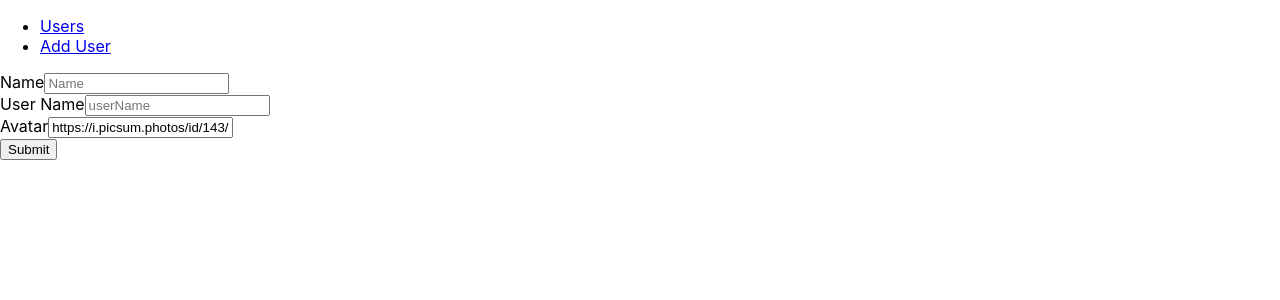
Repository: andbilous/cursor-redux-thunk
Page: /addUser
The author's editor kept a copy of each file at every save. The page is drawn from the files as they stood at one save, then again after a run of saves.
The browser window is 1280 px wide. The pictures show the whole page.
The project was rebuilt for these pictures with package versions that can differ from the ones it lists, and the page was loaded fresh each time. Also part of the build but not shown: src/pages/Users.jsx.

Above is the page before, as saved 2020-04-26 18:33:29.

### src/App.js
import React from 'react';
import {
  BrowserRouter as Router,
  Switch,
  Route,
  Link
} from "react-router-dom";
import { Provider } from 'react-redux';
import { store } from './redux/store';
import {Users} from './pages/Users';
import {AddUser} from './pages/AddUser';

function App() {
  return (
    <Provider store={store}>
    <div className="App">
       <Router>
      <div>
        <nav>
          <ul>
            <li>
              <Link to="/users">Users</Link>
            </li>
            <li>
              <Link to="/addUser">Add User</Link>
            </li>

          </ul>
        </nav>
        <Switch>
          <Route path="/users">
            <Users />
          </Route>
          <Route path="/addUser">
            <AddUser />
          </Route>
        </Switch>
      </div>
    </Router>
    </div>
    </Provider>
  );
}

export default App;

### src/redux/store.js
import { applyMiddleware, createStore } from 'redux';
import logger from 'redux-logger';
import thunk from 'redux-thunk';

import { rootReducer } from './rootReducer';

const middleware = [logger,thunk];

export const store = createStore(rootReducer, applyMiddleware(...middleware));

### src/pages/AddUser.jsx
import React, { useState } from 'react'
import { connect } from 'react-redux';
import { Button, Form, FormGroup, Label, Input } from 'reactstrap';
import {addUser} from '../redux/users/actions'


const AddUser = (props) => {
  const [name,setName] = useState('');
  const [username,setUserName] = useState('');
  const [avatar,setAvatar] = useState(
    `https://i.picsum.photos/id/${Math.floor(Math.random() * (500 - 6) + 5)}/200/300.jpg`
    );
  return (
    <Form inline>
    <FormGroup className="mb-2 mr-sm-2 mb-sm-0">
      <Label for="name" className="mr-sm-2">Name</Label>
      <Input type="text" value={name} onChange={(e)=>setName(e.target.value)}  name="name" id="name" placeholder="Name" />
    </FormGroup>
    <FormGroup className="mb-2 mr-sm-2 mb-sm-0">
      <Label for="userName" className="mr-sm-2">User Name</Label>
      <Input value={username} onChange={(e)=>setUserName(e.target.value)}  type="text" name="userName" id="userName" placeholder="userName" />
    </FormGroup>
    <FormGroup className="mb-2 mr-sm-2 mb-sm-0">
      <Label for="avatar" className="mr-sm-2">Avatar</Label>
      <Input value={avatar} onChange={(e)=>setAvatar(e.target.value)} type="text" name="avatar" id="avatar" placeholder="http://" />
    </FormGroup>
    <Button onClick={
      ()=>{
        props.addUser({
          name,username,avatar
        })
    }}>Submit</Button>
  </Form>
  )
}
const AddUserContainer = connect(
  (state) => ({
     users: state.usersReducer.users
  }), (dispatch) => ({
     addUser:(data)=> dispatch(addUser(data))
  })
)(AddUser);

export {AddUserContainer as AddUser};

### src/redux/rootReducer.js
import { combineReducers } from 'redux';
import usersReducer from './users/reducer';
import tweetsReducer from './tweets/reducer'

export const rootReducer = combineReducers({
  usersReducer,tweetsReducer
});

### src/redux/users/actions.js
import types from './types';
import usersAPI from '../../API/users.api';

export const getUsers = () => async (dispatch) => {
    dispatch(getUsersStart());
    const res = await usersAPI.getUsers();
    if(res.status===200){
        dispatch(getUsersSuccess(res.data.data));
    }else{
        dispatch(getUsersFailure());
    }
};

export const addUser = (data) => async (dispatch) => {
    dispatch(addUserStartAsync());
    const res = await usersAPI.addUser(data);
    if(res) {
        if(data){
            dispatch(addUserSuccessAsync(data));
        }else{
            dispatch(addUserFailureAsync());
        }
    }};

const getUsersStart = () =>({
    type: types.GET_USERS_START
})
const getUsersSuccess = (data) =>({
    type: types.GET_USERS_SUCCESS,
    payload: data
})
const getUsersFailure = () =>({
    type: types.GET_USERS_FAILURE,
    payload: 'error'
})

const addUserStartAsync = () =>({
    type: types.ADD_USER_START
})
const addUserSuccessAsync = (data) =>({
    type: types.ADD_USER_SUCCESS,
    payload: data
})
const addUserFailureAsync = () =>({
    type: types.ADD_USER_FAILURE,
    payload: 'error'
})

### src/redux/users/reducer.js
import types from './types';


const initialState = {
    users:[],
    isLoading: false,
    error:''
}

const usersReducer = (state = initialState, action) => {
  switch (action.type) {
    case types.GET_USERS_START:
      return {
        ...state,
        isLoading: true
      };
      case types.GET_USERS_SUCCESS:
      return {
        ...state,
        isLoading: false,
        users: action.payload
      };
      case types.GET_USERS_FAILURE:
      return {
        ...state,
        isLoading: false,
        error: action.payload
      };
      case types.ADD_USER_START:
        return {
          ...state,
          isLoading: true
        };
        case types.ADD_USER_SUCCESS:
        return {
          ...state,
          isLoading: false,
          users: [...state.users,action.payload]
        };
        case types.ADD_USER_FAILURE:
        return {
          ...state,
          isLoading: false,
          error: action.payload
        };
    default:
      return state;
  }
};

export default usersReducer;

### src/redux/tweets/reducer.js
import types from './types';


const initialState = {
    tweets:[]
}

const tweetsReducer = (state = initialState, action) => {
  switch (action.type) {
    case types.GET_TWEETS_START:
      return {
        ...state,
        isLoading: true
      };
      case types.GET_TWEETS_SUCCESS:
      return {
        ...state,
        isLoading: false,
        tweets: action.payload
      };
      case types.GET_TWEETS_FAILURE:
      return {
        ...state,
        isLoading: false,
        error: action.payload
      };
      case types.ADD_TWEET_START:
        return {
          ...state,
          isLoading: true
        };
        case types.ADD_TWEET_SUCCESS:
        return {
          ...state,
          isLoading: false,
          tweets: [...state.tweets,action.payload]
        };
        case types.ADD_TWEET_FAILURE:
        return {
          ...state,
          isLoading: false,
          error: action.payload
        };
    default:
      return state;
  }
};

export default tweetsReducer;

### src/redux/users/types.js
 const types={
  GET_USERS_START:'GET_USERS_START',
  GET_USERS_SUCCESS:'GET_USERS_SUCCESS',
  GET_USERS_FAILURE:'GET_USERS_FAILURE',
  ADD_USER_START:'ADD_USER_START',
  ADD_USER_SUCCESS:'ADD_USER_SUCCESS',
  ADD_USER_FAILURE:'ADD_USER_FAILURE',
}

export default types

### src/API/users.api.js
import axios from 'axios';

const usersAPI = {
  getUsers:  async () => {
      return  await axios.get('http://77.120.108.119:9999/users')
      .then((response) => {
        return response
       }, (error) => {
         console.log(error);
       });
},
  addUser: async (data) => {
   return await axios.post('http://77.120.108.119:9999/users', {
      name: data.name,
      username: data.username,
      avatar: data.avatar
    })
    .then((response) => {
     return response
    }, (error) => {
      console.log(error);
    });
  }
}

export default usersAPI;

### src/redux/tweets/types.js
const types={
  GET_TWEETS_START:'GET_TWEETS_START',
  GET_TWEETS_SUCCESS:'GET_TWEETS_SUCCESS',
  GET_TWEETS_FAILURE:'GET_TWEETS_FAILURE',
  ADD_TWEET_START:'ADD_TWEET_START',
  ADD_TWEET_SUCCESS:'ADD_TWEET_SUCCESS',
  ADD_TWEET_FAILURE:'ADD_TWEET_FAILURE',
}

export default types

Loaded but not shown: public/index.html (common file); src/index.js (common file); src/index.css (common file); src/serviceWorker.js (common file)

After the next 2 saves:
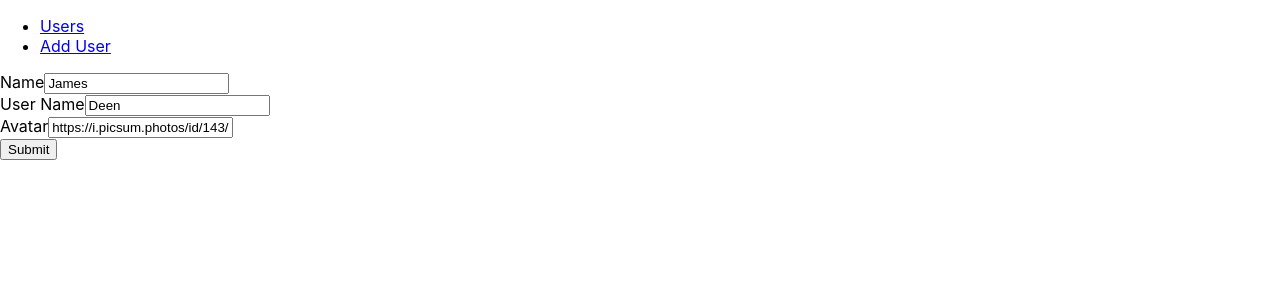
The 2 saves are shown as one change because they came seconds apart.
The last was saved 42 s later.
--- a/src/pages/AddUser.jsx
+++ b/src/pages/AddUser.jsx
@@ -5,8 +5,8 @@ import {addUser} from '../redux/users/actions'
 
 
 const AddUser = (props) => {
-  const [name,setName] = useState('');
-  const [username,setUserName] = useState('');
+  const [name,setName] = useState('James');
+  const [username,setUserName] = useState('Deen');
   const [avatar,setAvatar] = useState(
     `https://i.picsum.photos/id/${Math.floor(Math.random() * (500 - 6) + 5)}/200/300.jpg`
     );
